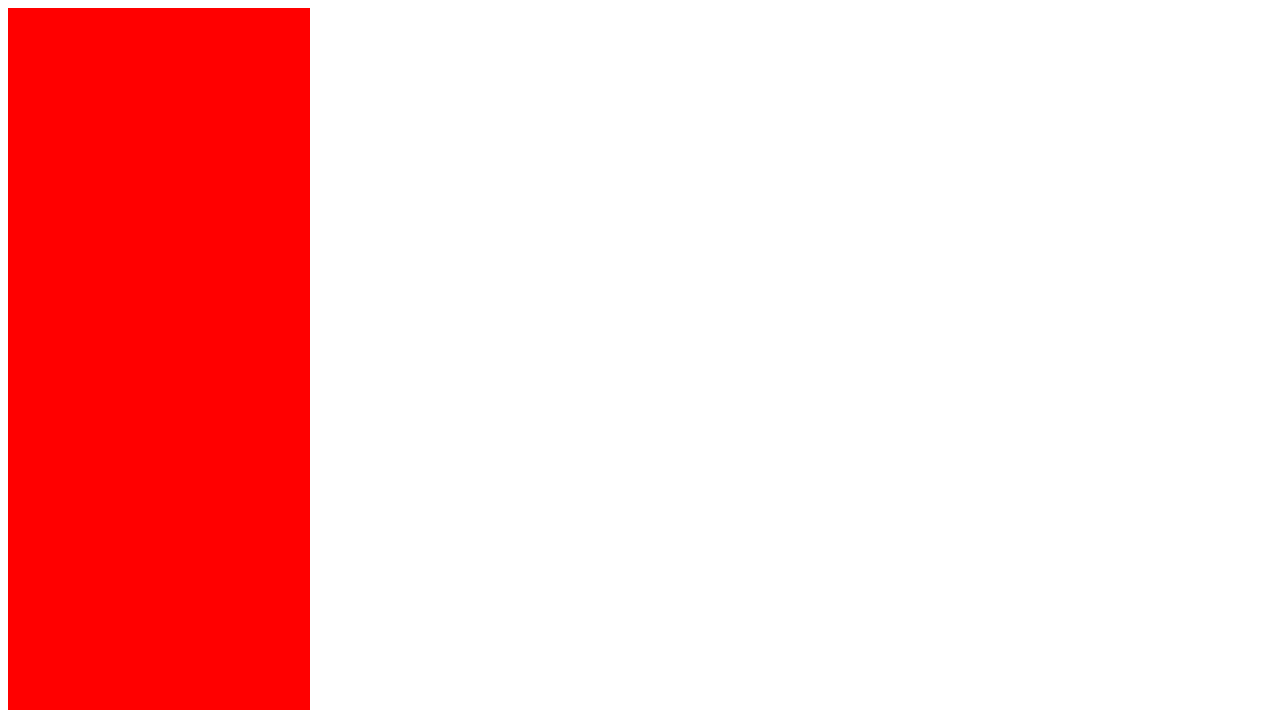
Repository: chenguocan/Vue_demo_1
Page: vue_demo_03/带参数的自定义指令.html
These files come from the project's save history. The page is drawn as it stood at one moment and after the next save; the edit follows.
The browser window is 1280 px wide. The pictures show the whole page.

Above is the page before, as saved 2020-07-21 09:03:16.

### vue_demo_03/带参数的自定义指令.html
<!DOCTYPE html>
<html lang="en">
  <head>
    <meta charset="UTF-8" />
    <meta name="viewport" content="width=device-width, initial-scale=1.0" />
    <title>Document</title>
    <style>
      .box {
        border: 1px solid red;
        height: 300px;
        width: 300px;
      }
    </style>
  </head>
  <body>
    <div id="app">
      <div class="box" v-color="{color:'red',height:'700px'}"></div>
    </div>
  </body>
  <script src="./js/vue.js"></script>
  <script>
    Vue.directive("color", {
      inserted: function (el, binding) {
        el.style.backgroundColor = binding.value.color;
        el.style.height = binding.value.height;
      },
    });
    let app = new Vue({
      el: "#app",
      data: {},
      methods: {},
    });
  </script>
</html>

Loaded but not shown: vue_demo_03/js/vue.js (library)

After the next save:
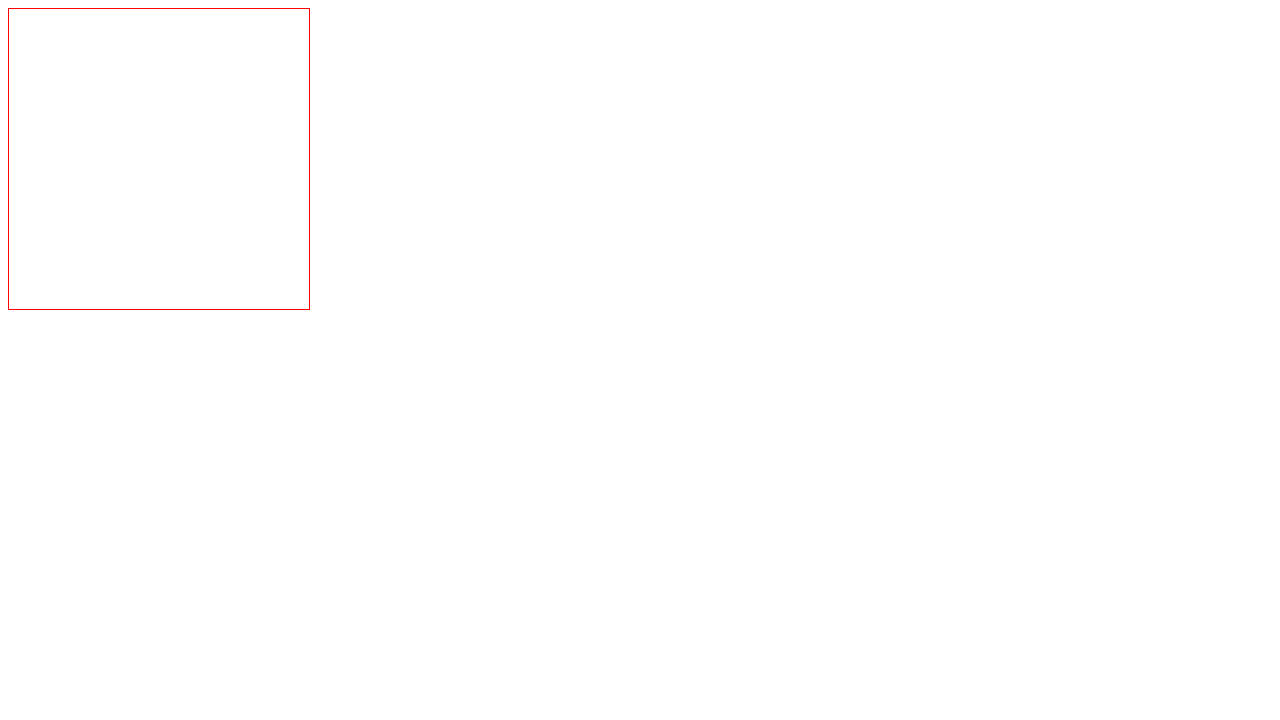
Saved 84 s later.
--- a/vue_demo_03/带参数的自定义指令.html
+++ b/vue_demo_03/带参数的自定义指令.html
@@ -20,7 +20,8 @@
   <script src="./js/vue.js"></script>
   <script>
     Vue.directive("color", {
-      inserted: function (el, binding) {
+      bind: function (el, binding) {
+        consoloe.log(binding);
         el.style.backgroundColor = binding.value.color;
         el.style.height = binding.value.height;
       },

After the save that followed:
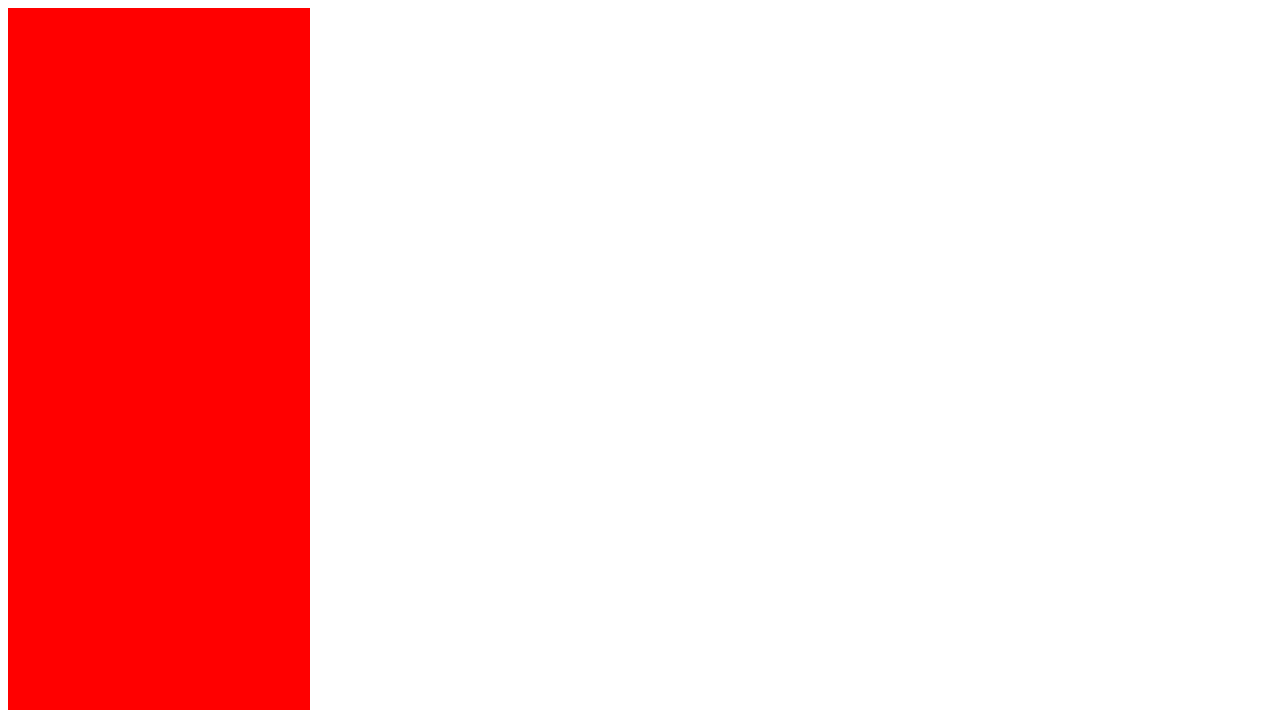
Saved 15 s later.
--- a/vue_demo_03/带参数的自定义指令.html
+++ b/vue_demo_03/带参数的自定义指令.html
@@ -21,7 +21,7 @@
   <script>
     Vue.directive("color", {
       bind: function (el, binding) {
-        consoloe.log(binding);
+        console.log(binding);
         el.style.backgroundColor = binding.value.color;
         el.style.height = binding.value.height;
       },
